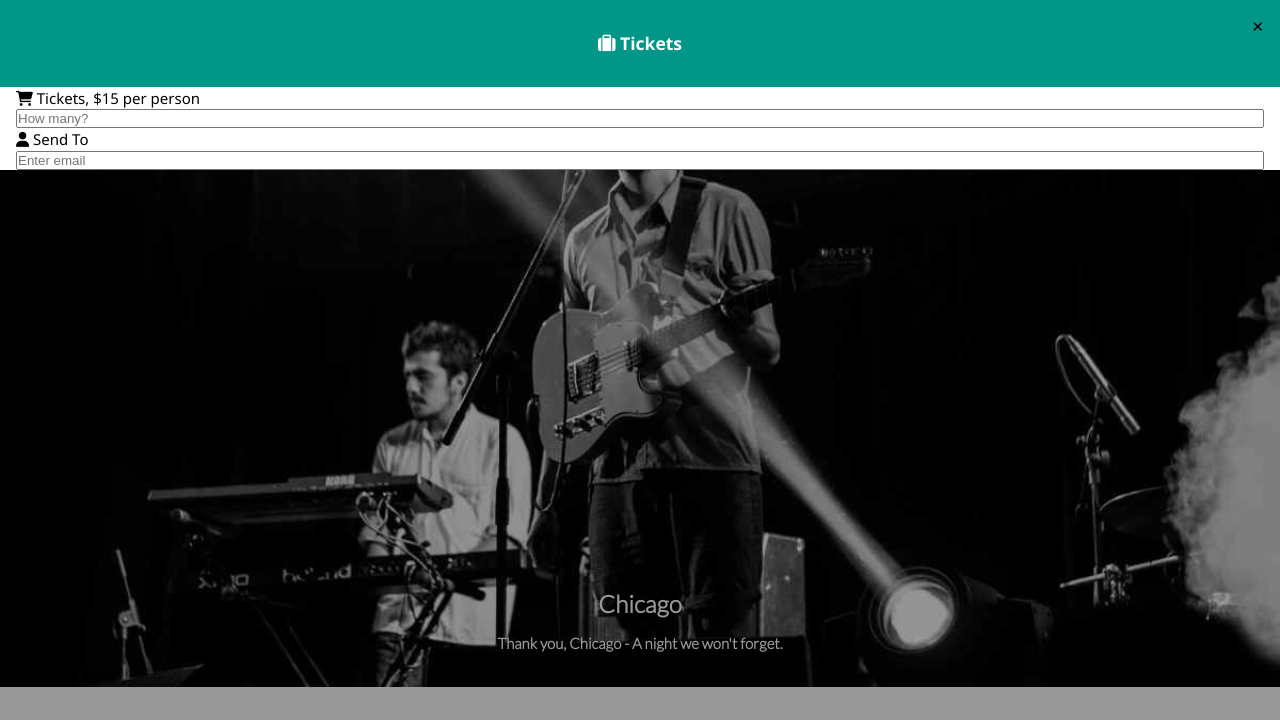
Repository: vanmanhAI/project-03-w3
Page: index.html
These files come from the project's save history. The page is drawn as it stood at one moment and after the next save; the edit follows.
The browser window is 1280 px wide. The pictures show the window.
The pointer rests on the first visible `.modal .modal-header .modal-close`.
A layer covers the whole window, so only the first screen is drawn. Some web libraries are served in a nearby version.

Above is the page before, as saved 2022-07-11 16:18:42.

### index.html
<!DOCTYPE html>
<html lang="en">
<head>
    <meta charset="UTF-8">
    <meta http-equiv="X-UA-Compatible" content="IE=edge">
    <meta name="viewport" content="width=device-width, initial-scale=1.0">
    <title>Document</title>
    <link rel="stylesheet" href="./assets/css/style.css">
    <!-- icons -->
    <link rel="stylesheet" href="https://cdnjs.cloudflare.com/ajax/libs/font-awesome/6.1.1/css/all.min.css" integrity="sha512-KfkfwYDsLkIlwQp6LFnl8zNdLGxu9YAA1QvwINks4PhcElQSvqcyVLLD9aMhXd13uQjoXtEKNosOWaZqXgel0g==" crossorigin="anonymous" referrerpolicy="no-referrer" />
    <!-- font -->
    <link rel="preconnect" href="https://fonts.googleapis.com">
<link rel="preconnect" href="https://fonts.gstatic.com" crossorigin>
<link href="https://fonts.googleapis.com/css2?family=Lato:wght@300&display=swap" rel="stylesheet">
</head>
<body>
    <div id="main">
        <div id="header">
            <ul id="nav">
                <li><a href="#">home</a></li>
                <li><a href="#content-band">band</a></li>
                <li><a href="#content-tour">tour</a></li>
                <li><a href="#">contact</a></li>
                <li>
                    <a href="#">
                        more
                        <i class="fa-solid fa-caret-down subnav-caret"></i>
                    </a>
                    <ul class="subnav">
                        <li><a href="#">merchandise</a></li>
                        <li><a href="#">extras</a></li>
                        <li><a href="#">media</a></li>
                    </ul>
                </li>
            </ul>
            <i class="fa-solid fa-magnifying-glass header-search"></i>
        </div>

        <div id="slider">
            <div class="slider-desc">
                <h3 class="slider-name">chicago</h3>
                <b class="slider-content">Thank you, Chicago - A night we won't forget.</b>
            </div>
        </div>

        <div id="content">
            <div class="content-section" id="content-band">
                <h3 class="section-heading" >the band</h3>
                <p class="section-sub-heading">We love music</p>
                <p class="about">We have created a fictional band website. Lorem ipsum dolor sit amet, consectetur adipiscing elit, sed do eiusmod tempor incididunt ut labore et dolore magna aliqua. Ut enim ad minim veniam, quis nostrud exercitation ullamco laboris nisi ut aliquip ex ea commodo consequat. Duis aute irure dolor in reprehenderit in voluptate velit esse cillum dolore eu fugiat nulla pariatur. Excepteur sint occaecat cupidatat non proident, sunt in culpa qui officia deserunt mollit anim id est laborum consectetur adipiscing elit, sed do eiusmod tempor incididunt ut labore et dolore magna aliqua. Ut enim ad minim veniam, quis nostrud exercitation ullamco laboris nisi ut aliquip ex ea commodo consequat.</p>
                <div class="members-list">
                    <div class="member-item">
                        <p class="member-name">name</p>
                        <img src="./assets/img/Band/member1.jpg" alt="name" class="member-img">
                    </div>
                    <div class="member-item">
                        <p class="member-name">name</p>
                        <img src="./assets/img/Band/member1.jpg" alt="name" class="member-img">
                    </div>
                    <div class="member-item">
                        <p class="member-name">name</p>
                        <img src="./assets/img/Band/member1.jpg" alt="name" class="member-img">
                    </div>
                </div>
            </div>
            <div class="tour-section">
                <div class="content-section" id="content-tour">
                    <h3 class="section-heading text-white">tour dates</h3>
                    <p class="section-sub-heading text-white">Remember to book your tickets!</p>
                    <br>
                    <ul class="tickets-list">
                        <li>September <span class="sold-out">Sod out</span></li>
                        <li>October <span class="sold-out">Sold out</span></li>
                        <li>November <span class="quantity">3</span></li>
                    </ul>
                    <div class="places-list">
                        <div class="place-item">
                            <img src="./assets/img/Places/newyork.jpg" alt="New York" class="place-img">
                            <div class="place-body">
                                <h4 class="place-heading">new york</h4>
                                <p class="place-time">Fri 27 Nov 2016</p>
                                <p class="place-desc">Praesent tincidunt sed tellus ut rutrum sed vitae justo.</p>
                                <a href="#" class="place-buy-btn">Buy Tickets</a>
                            </div>
                        </div>
                        <div class="place-item">
                            <img src="./assets/img/Places/paris.jpg" alt="Paris" class="place-img">
                            <div class="place-body">
                                <h4 class="place-heading">paris</h4>
                                <p class="place-time">Sat 28 Nov 2016</p>
                                <p class="place-desc">Praesent tincidunt sed tellus ut rutrum sed vitae justo.</p>
                                <a href="#" class="place-buy-btn">Buy Tickets</a>
                            </div>
                        </div>
                        <div class="place-item">
                            <img src="./assets/img/Places/sanfran.jpg" alt="San Francisco" class="place-img">
                            <div class="place-body">
                                <h4 class="place-heading">san francisco</h4>
                                <p class="place-time">Sun 29 Nov 2016</p>
                                <p class="place-desc">Praesent tincidunt sed tellus ut rutrum sed vitae justo.</p>
                                <a href="#" class="place-buy-btn">Buy Tickets</a>
                            </div>
                        </div>
                    </div>
                </div>
            </div>
            <div class="content-section">
                <h3 class="section-heading">contact</h3>
                <p class="section-sub-heading">Fan? Drop a note!</p>
            </div>
        </div>
        <div id="footer"></div>
    </div>
    <div class="modal">
        <div class="modal-container">
            <div class="modal-header">
                <span class="modal-close">✕</span>
                <h3 class="modal-heading">
                    <i class="fa-solid fa-suitcase modal-bag"></i>
                    Tickets
                </h3>
            </div>
            <div class="modal-body">
                <label for="" class="modal-label">
                    <i class="fa-solid fa-cart-shopping modal-shopping"></i>
                    Tickets, $15 per person
                </label>
                <input type="text" name="" id="" placeholder="How many?" class="modal-input">
                <label for="" class="modal-label">
                    <i class="fa-solid fa-user modal-user"></i>
                    Send To
                </label>
                <input type="text" name="" id="" placeholder="Enter email" class="modal-input">
            </div>
        </div>
    </div>
</body>
</html>

### assets/css/style.css
* {
    padding: 0;
    margin: 0;
    box-sizing: border-box;
}
html {
    font-size: 62.5%;
}
:root {
    --lineheight-nav: 2.25rem;
    --padding-nav: 1.2rem;
}
.text-white {
    color: #fff;
}
#main {

}
#header {
    position: fixed;
    z-index: 1;
    top: 0;
    left: 0;
    right: 0;
    background: #000;
    font-size: 1.5rem;
    font-family: 'Lato', sans-serif;
    font-weight: bold;
    line-height: var(--lineheight-nav);
}
#header:after {
    content: "";
    display: block;
    clear: both;
}
#header .header-search {
    color: #fff;
    display: block;
    float: right;
    padding: var(--padding-nav) 2.4rem;
    line-height: var(--lineheight-nav);
    cursor: pointer;
}
#header .header-search:hover {
    background: #f44336
}
#header #nav>li {
    position: relative;
    text-align: center;
    cursor: pointer;
    float: left;
}
#header #nav>li>a {
    display: block;
    padding: var(--padding-nav) 2.4rem;
}
#header #nav>li:last-child:hover .subnav {
    width: 16rem;
}
#header #nav li:hover {
    background: #ccc;
}
#header #nav>li:hover>a {
    color: #000;
}
#nav li {
    list-style-type: none;
    position: relative;
}
#nav li .subnav-caret {
    text-transform: none;
    text-align: center;
}
#nav li a {
    color: #fff;
    text-decoration: none;
    text-transform: uppercase;
}
#nav .subnav {
    position: absolute;
    width: 0;
    overflow: hidden;
    top: 100%;
    left: 0;
    background: #fff;
    color: #000;
    box-shadow: 0 0 4px 0 #ccc;
    transition: width 0.3s linear;
}
#nav .subnav li {
    padding: 0.8rem 1.6rem;
    text-align: left;
    min-width: 16rem;
}
#nav .subnav li a {
    color: #000;
    text-transform: capitalize;
}
#slider {
    position: relative;
    margin-top: calc(var(--lineheight-nav) + 2*var(--padding-nav));
    background: #ccc;
    padding-top: 50%;
    max-height: 100vh;
    background: url('/assets/img/sliders/chicago.jpg') top/cover no-repeat
}
.slider-desc{
    position: absolute;
    bottom: 0;
    left: 50%;
    transform: translatex(-50%);
    color: #fff;
    padding: 3.2rem 1.6rem;
    text-align: center;
    font-size: 1.5rem;
    font-family: 'Lato', sans-serif;

}
.slider-name{
    text-transform: capitalize;
    font-size: 2.4rem;
    line-height: 3.6rem;
    margin: 1rem 0;
}
.slider-content{
    line-height: 1.5;
    font-size: 1.5rem;
}
#content {
    line-height: 1.5;
}
#content .content-section {
    max-width: 80rem;
    margin: 0 auto;
    padding: 6.4rem 1.6rem;
    font-size: 1.5rem;
    font-family: 'Lato', sans-serif;
}
#content .section-heading {
    font-size: 3rem;
    text-transform: uppercase;
    line-height: 4.5rem;
    margin: 1rem 0;
    text-align: center;
    letter-spacing: 0.4rem;
    font-family: "Segoe UI",Arial,sans-serif;
    font-weight: 400;
}
#content .section-sub-heading {
    text-align: center;
    font-style: italic;
    font-weight: 100;
    margin: 1.5rem 0;
}
#content .content-section .about {
    text-align: justify;
    font-weight: bold;
    margin: 1.5rem 0;
    word-spacing: 0.1rem;
}
#content .members-list {
    padding: 3.2rem 0;
    text-align: center;
}
#content .members-list:after {
    content: "";
    display: block;
    clear: both;
}
#content .member-item{
    float: left;
    width: calc(100%/3);
}
#content .members-list .member-name {
    margin: 1.5rem 0;
    text-transform: capitalize;
    font-weight: bold;
}
#content .members-list .member-img{
    width: 60%;
    border-radius: 0.4rem;
    margin: 0 0 1.6rem;
}
#content .tour-section {
    background: #000;
}
#content .tour-section .tickets-list {
    background: #fff;
    list-style-type: none;
}
#content .tickets-list li {
    padding: 0.8rem 1.6rem;
}
#content .tickets-list .sold-out {
    display: inline-block;
    padding: 0 0.8rem;
    color: #fff;
    background: #f44336;
    margin-left: 1.6rem;
    text-align: center;
    font-weight: bold;
}
#content .tickets-list .quantity {
    display: block;
    padding: 0 0.8rem;
    background: #000;
    color: #fff;
    border-radius: 50%;
    float: right;
    margin-right: 1.6rem;
}
#content .places-list {
    padding: 3.2rem 0.8rem;
    margin: 0 -1.6rem;
}
#content .places-list:after {
    content: "";
    display: block;
    clear: both;
}
#content .places-list .place-item {
    width: calc(100%/3);
    float: left;
    padding: 0 0.8rem 1.6rem;
}
#content .places-list .place-img {
    width: 100%;
    vertical-align: middle;
}
#content .places-list .place-img:hover {
    opacity: 0.6;
}
#content .places-list .place-body{
    background: #fff;
    padding: 0.015rem 1.6rem;
}
#content .places-list .place-heading{
    margin: 1.5rem 0;
    text-transform: capitalize;
    font-weight: 700;
}
#content .places-list .place-time{
    margin: 1.5rem 0;
}
#content .places-list .place-desc{
    margin: 1.5rem 0;
    font-weight: bold;
}
#content .places-list .place-buy-btn{
    display: inline-block;
    padding: 0.8rem 1.6rem;
    text-decoration: none;
    background: #000;
    color: #fff;
    margin-bottom: 1.6rem;
    font-weight: bold;
}
#content .places-list .place-buy-btn:hover {
    background: #ccc;
    color: #000;
}
.modal {
    position: fixed;
    z-index: 3;
    top: 0;
    left: 0;
    right: 0;
    bottom: 0;
    background: rgba(0, 0, 0, 0.4);
    font-size: 1.5rem;
    font-family: "Segoe UI",Arial,sans-serif;
    line-height: 2.25rem;
}
.modal-container {

}
.modal .modal-container .modal-header {
    position: relative;
    color: #fff;
    background: #009688;
    text-align: center;
    padding: 3.2rem 1.6rem;
}
.modal .modal-header .modal-close {
    position: absolute;
    top: 0;
    right: 0;
    line-height: 3.6rem;
    padding: 0.8rem 1.6rem;
}
.modal .modal-header .modal-close:hover {
    background: #009688;
    color: #000;
}
.modal-heading {

}
.modal-bag {

}
.modal .modal-container .modal-body {
    padding: 0.015rem 1.6rem;
    background: #fff;
}
.modal .modal-body .modal-label {
    display: block;
}
.modal-shopping {

}
.modal .modal-body .modal-input {
    display: block;
    width: 100%;
}
.modal-user {

}
.footer {

}

After the next save:
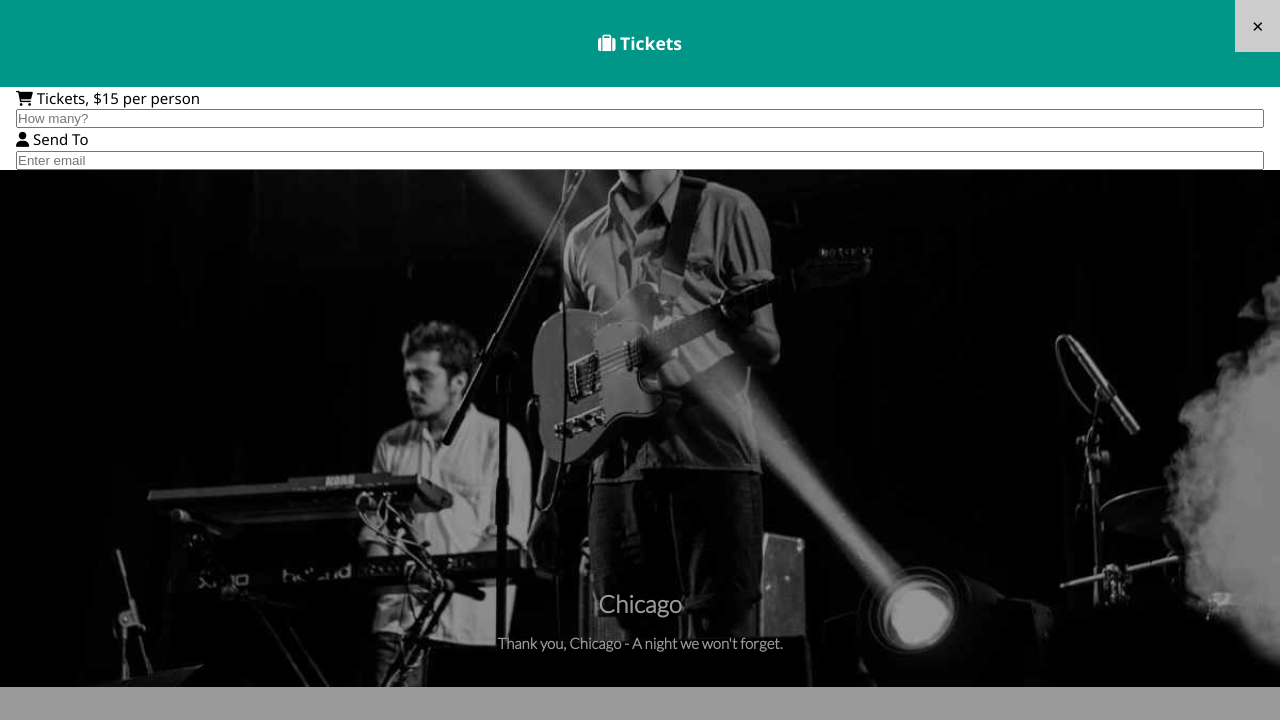
Saved 5 s later.
--- a/assets/css/style.css
+++ b/assets/css/style.css
@@ -289,7 +289,7 @@ html {
     padding: 0.8rem 1.6rem;
 }
 .modal .modal-header .modal-close:hover {
-    background: #009688;
+    background: #ccc;
     color: #000;
 }
 .modal-heading {
